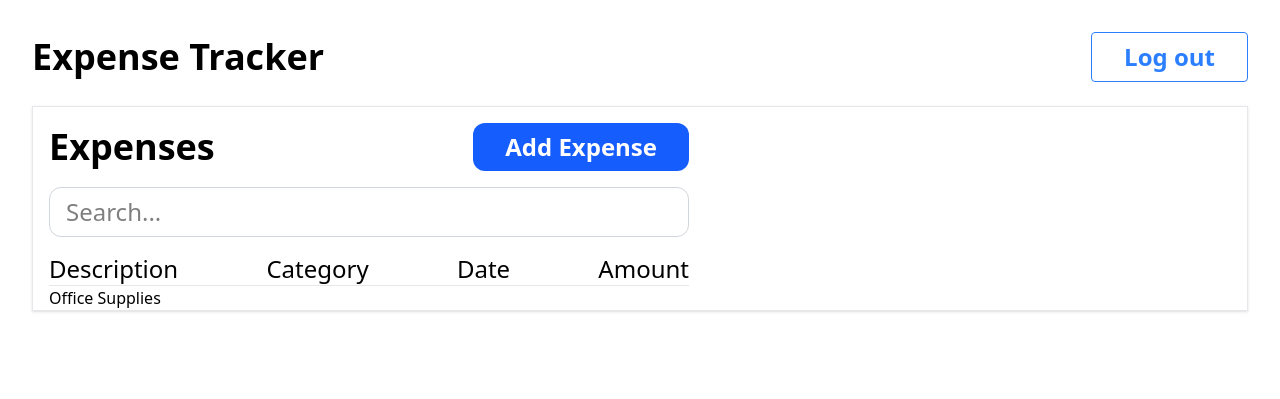
Repository: Syed-Mohsin-Ali786/frontend-expense-tracker
Page: /
The author's editor kept a copy of each file at every save. The page is drawn from the files as they stood at one save, then again after the next save.
The browser window is 1280 px wide. The pictures show the whole page.
The project was rebuilt for these pictures with package versions that can differ from the ones it lists, and the page was loaded fresh each time.

Above is the page before, as saved 2025-09-28 14:26:06.

### src/App.tsx
import "./App.css";

function App() {
  return (
    <div className=" mt-4 mx-4 p-4">
      {/* Header */}
      <header className="flex items-center justify-between">
        <h1 className="text-4xl  font-semibold">Expense Tracker</h1>
        <button className=" border border-blue-500 py-2 px-3 md:px-6 lg:px-8 rounded font-semibold text-blue-500 text-2xl ">
          Log out
        </button>
      </header>

      {/* The main page */}
      <section className="mt-6 shadow border-gray-200 border px-4">
        {/* Expenses */}
        <div className="flex flex-col w-[50vw] justify-between mt-4">
          <div className="flex justify-between items-center ">
          <h1 className="text-4xl  font-semibold">Expenses</h1>
          <button className=" bg-blue-600  py-2 px-3 md:px-6 lg:px-8 rounded-[12px] font-semibold text-[#ffff] text-2xl">
            Add Expense
          </button>
          </div>
          <div>
          <input type="text" placeholder="Search..."  className="py-2 px-4 w-full text-2xl border-gray-300 border rounded-[12px] mt-4 "/>
          <div className="flex text-2xl items-center justify-between mt-4 border-gray-200 border-b">
            <p>Description</p>
            <p>Category</p>
            <p>Date</p>
            <p>Amount</p>
          </div>
          <p>Office Supplies</p>
          </div>
        </div>
        {/* Charts */}
        <div></div>
      </section>
    </div>
  );
}

export default App;

Loaded but not shown: index.html (common file); src/main.tsx (common file); src/App.css (common file)

After the next save:
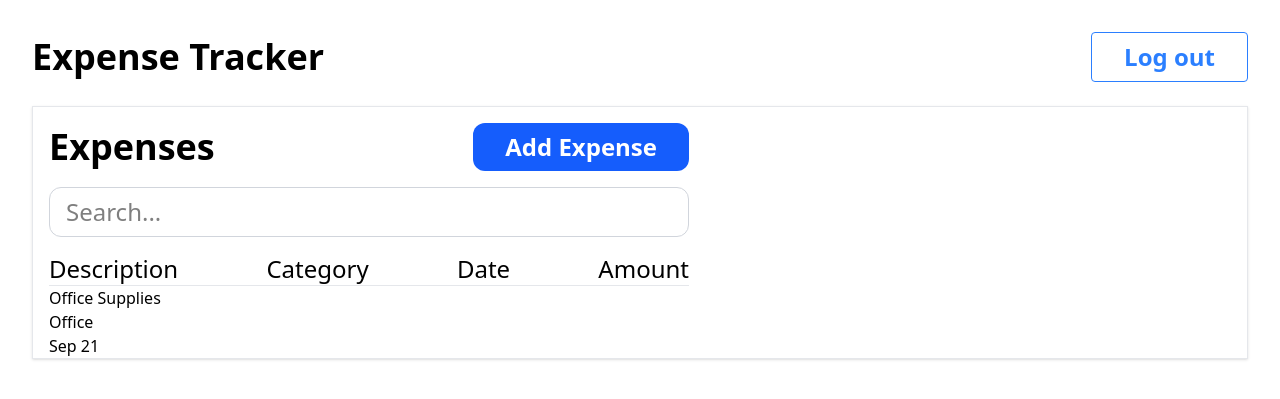
Saved 33 s later.
--- a/src/App.tsx
+++ b/src/App.tsx
@@ -30,6 +30,8 @@ function App() {
             <p>Amount</p>
           </div>
           <p>Office Supplies</p>
+          <p>Office</p>
+          Sep 21
           </div>
         </div>
         {/* Charts */}
